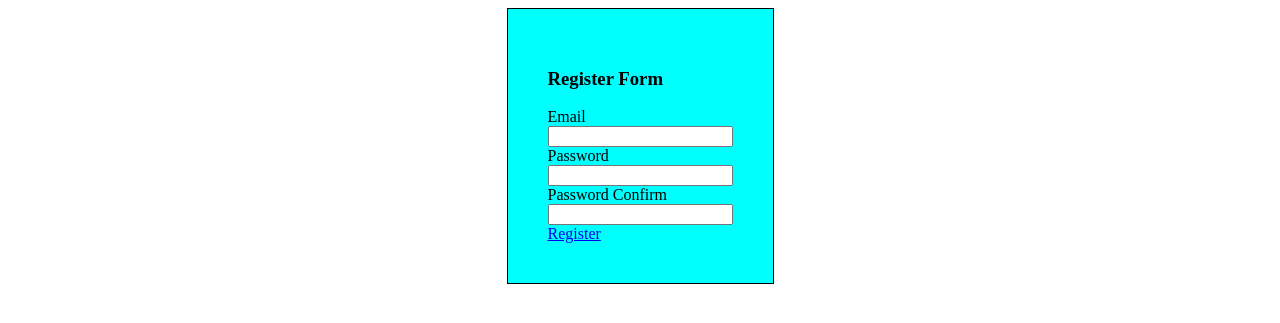
Repository: nptg3105/Register-form
Page: index.html
The author's editor kept a copy of each file at every save. The page is drawn from the files as they stood at one save, then again after the next save.
The browser window is 1280 px wide. The pictures show the whole page.
Some web libraries are served in a nearby version.

Above is the page before, as saved 2022-01-05 21:47:10.

After the next save:
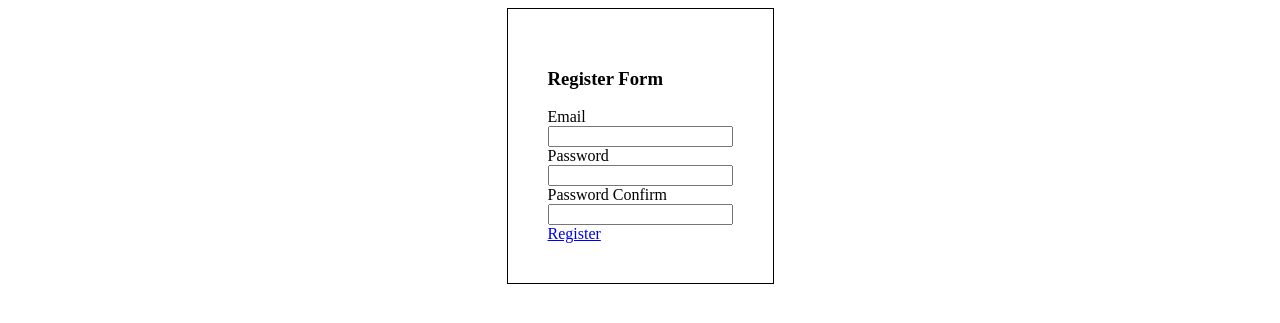
Saved 7 s later.
--- a/style.css
+++ b/style.css
@@ -1,5 +1,5 @@
 .register {
-  background-color: aqua;
+  background-color: #fff;
   max-width: max-content;
   margin: 0 auto;
   padding: 40px;
